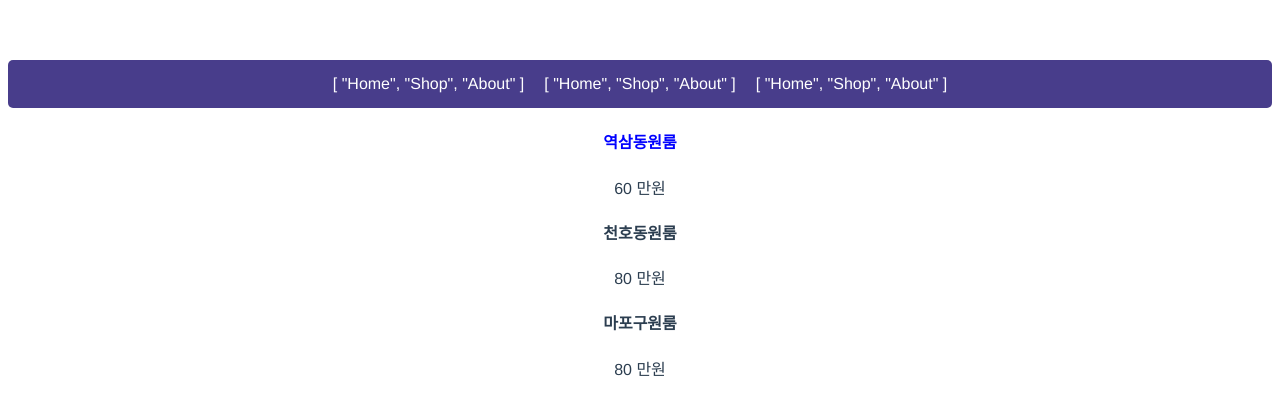
Repository: jy0813/Function
Page: / (app in function/)
An editor plug-in stored every save of this project. The page is shown before and after the next save, followed by the edit.
The browser window is 1280 px wide. The pictures show the whole page.
The project was rebuilt for these pictures with package versions that can differ from the ones it lists, and the page was loaded fresh each time.

Above is the page before, as saved 2022-02-23 14:39:08.

### function/src/App.vue
<template>
<div class="menu">
  <a v-for="(item, i) in menu" :key="'item' + i">{{menu}}</a>
  </div>
<div>
  <h4 :style="style">{{products[0]}}</h4>
  <p>{{price1}} 만원</p>
</div>
<div>
  <h4>{{products[1]}}</h4>
  <p>{{price2}} 만원</p>
</div>
<div>
  <h4>{{products[2]}}</h4>
  <p>{{price2}} 만원</p>
</div>
</template>

<script>


export default {
  name: 'App',
  data() {
    return {
      price1: 60,
      price2: 80,
      price3: 100,
      style : 'color : blue',
      products:['역삼동원룸','천호동원룸','마포구원룸'],
      menu:['Home','Shop','About'],
    }
  }
}
</script>

<style>
#app {
  font-family: Avenir, Helvetica, Arial, sans-serif;
  -webkit-font-smoothing: antialiased;
  -moz-osx-font-smoothing: grayscale;
  text-align: center;
  color: #2c3e50;
  margin-top: 60px;
}

.menu {
  background: darkslateblue;
  padding: 15px;
  border-radius: 5px;
}

.menu a {
  color:white;
  padding:10px;
}


</style>

Loaded but not shown: function/public/index.html (common file); function/src/main.js (common file)

After the next save:
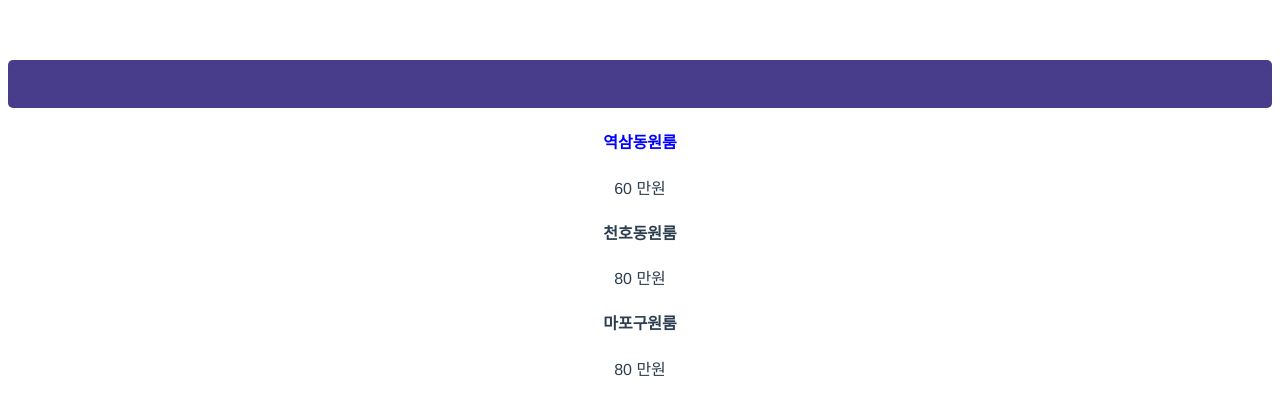
Saved 16 s later.
--- a/function/src/App.vue
+++ b/function/src/App.vue
@@ -1,6 +1,6 @@
 <template>
 <div class="menu">
-  <a v-for="(item, i) in menu" :key="'item' + i">{{menu}}</a>
+  <a v-for="(item, i) in menu" :key="'item' + i">{{menu.i}}</a>
   </div>
 <div>
   <h4 :style="style">{{products[0]}}</h4>

After the 2 saves that followed:
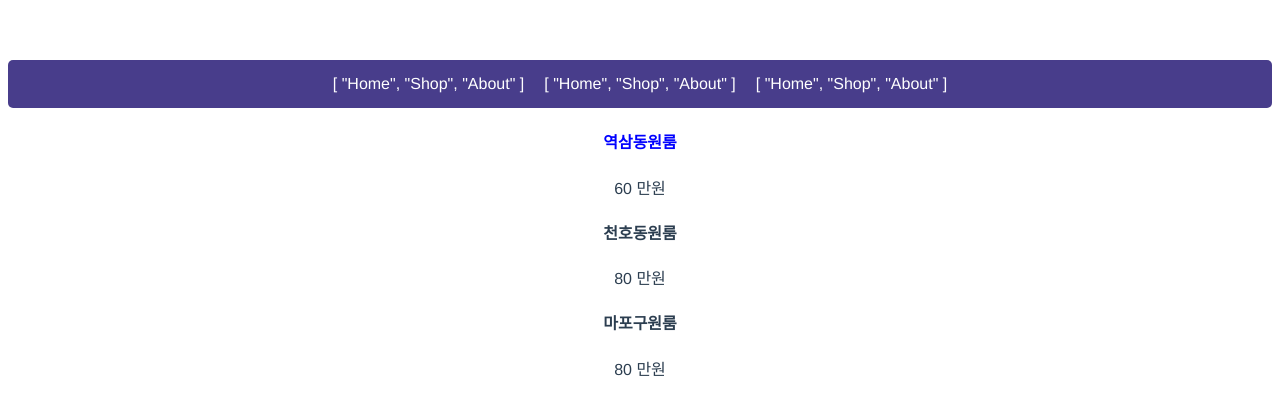
The 2 saves are shown as one change because 1 left the picture as it was.
The last was saved 15 s later.
--- a/function/src/App.vue
+++ b/function/src/App.vue
@@ -1,6 +1,6 @@
 <template>
 <div class="menu">
-  <a v-for="(item, i) in menu" :key="'item' + i">{{menu.i}}</a>
+  <a v-for="(item, i) in menu" :key="'item' + i">{{menu}}</a>
   </div>
 <div>
   <h4 :style="style">{{products[0]}}</h4>
